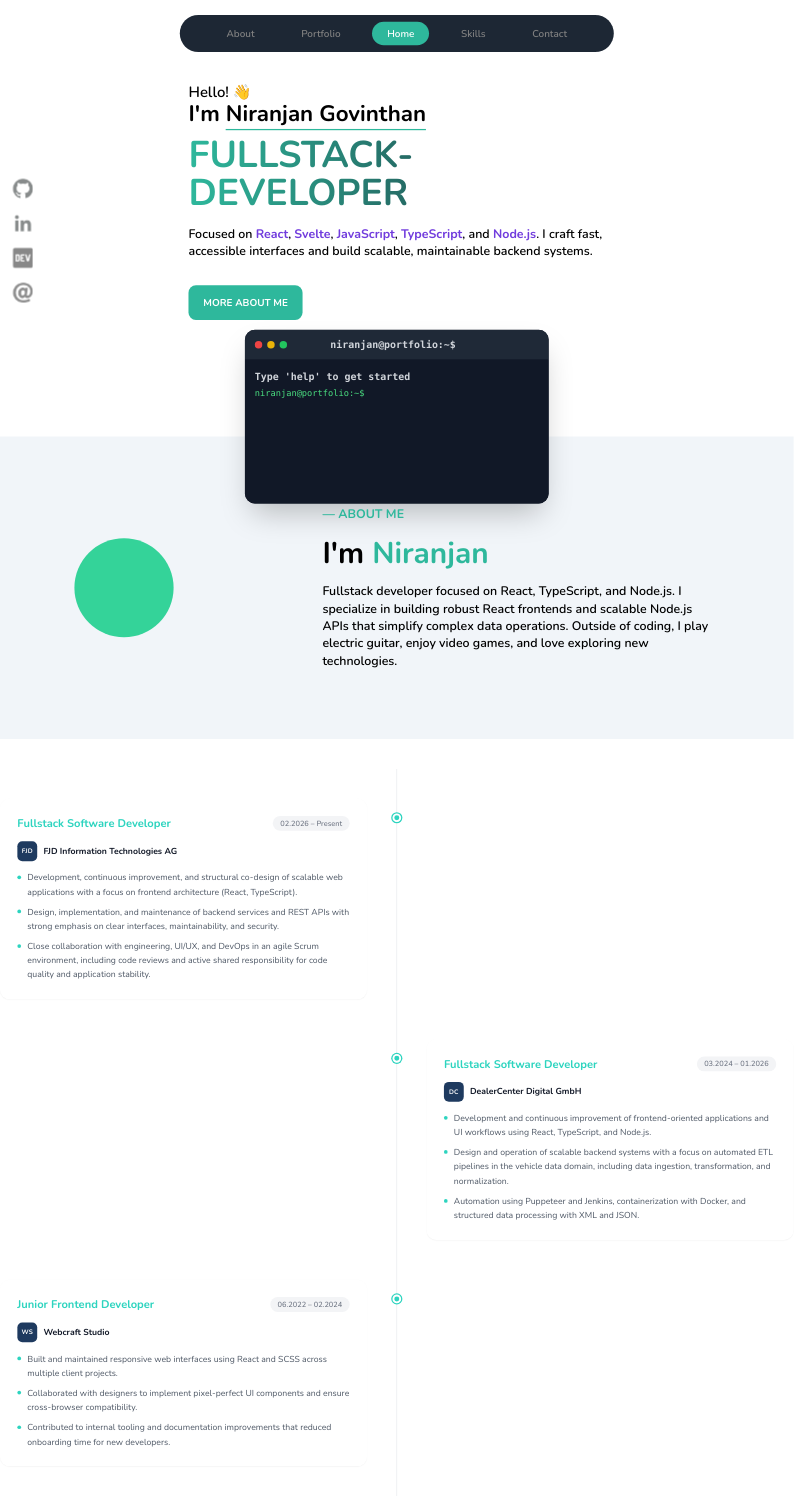
Repository: Niranjan-webdev/My-portfolio
Page: /
The author's editor kept a copy of each file at every save. The page is drawn from the files as they stood at one save, then again after the next save.
The browser window is 1280 px wide. The pictures show the whole page, at 62% of full size.
The project was rebuilt for these pictures with package versions that can differ from the ones it lists, and the page was loaded fresh each time. Also part of the build but not shown: next.config.mjs.

Above is the page before, as saved 2026-03-21 11:10:39.

### src/index.css

body {

  margin: 0;
  font-family: "Nunito", sans-serif;
  -webkit-font-smoothing: antialiased;
  -moz-osx-font-smoothing: grayscale;
}

code {
  font-family: source-code-pro, Menlo, Monaco, Consolas, 'Courier New',
    monospace;
}

### src/App.js
import logo from './logo.svg';
import './App.css';
import { RiHeartFill } from '@remixicon/react'
import { Topnavbar, MainContainer } from './components';
// import Topnavbar from './components/Topnavbar';

function App() {
  return (
   <>
    <Topnavbar/>
    <MainContainer/>
   </>
  );
}

export default App;

### src/App.css
@import url('https://fonts.googleapis.com/css2?family=Fira+Code:wght@300..700&family=Nunito:ital,wght@0,200..1000;1,200..1000&display=swap');

@tailwind base;
@tailwind components;
@tailwind utilities;


.topbar__wrapper{
    @apply w-full flex justify-center
}
.topbar__content{
    @apply  py-2 bg-[#1d2734] mt-6 px-6 py-[18px] rounded-[30px] w-[700px]
}
.topbar__content ul {
   @apply flex justify-evenly
}
.topbar__content ul li{

}
.topbar__content ul li a{
    @apply  font-semibold py-2 px-6 rounded-full
}
/* .topbar__content ul li a:hover{
    @apply  text-lg
} */
.socialmedia__bar a img{
    @apply opacity-50
}
/* .burgerMenu span{
    @apply
} */

### src/components/index.js
export {default as Topnavbar} from "./Topnavbar"
export {default as MainContainer} from "./MainContainer"
export {default as Terminal} from "./terminal"
export {default as Timeline} from "./timeLine"
export {default as TimelineCard} from "./TimelineCard"

export {default as github} from "../assets/github-logo-dark.png"
export {default as linkedIn} from "../assets/linkedin-logo-dark.png"
export {default as DevTo} from "../assets/devto-logo-light.png"
export {default as mail} from "../assets/mail-logo-dark.5ab6061889d3fa3a24ef.png"

### src/components/Topnavbar.js
import { useState } from 'react'
import React from 'react'
import logo from '../assets/logo.svg'

function Topnavbar() {
    const [activeTab, setActiveTab] = useState('Home')
    const [isMenuOpen, setIsMenuOpen] = useState(false)

    const navItems = ['About', 'Portfolio', 'Home', 'Skills', 'Contact']

    const handleTabClick = (tabName) => {
        setActiveTab(tabName)
        console.log('Active tab changed to:', tabName)
    }
    const handleModal = () => {
        setIsMenuOpen(!isMenuOpen)
    }
    return (
        <>
            <div className='topbar__wrapper'>
                <nav className='topbar__content'>
                    <ul className=''>
                        {navItems.map((item) => (
                            <li key={item}>
                                <a
                                    onClick={() => handleTabClick(item)}
                                    className={`cursor-pointer transition-colors duration-200 ${activeTab === item
                                            ? 'bg-[#2eb89c] text-white font-semibold px-4 py-2 rounded'
                                            : 'text-[#808080] hover:text-[#2eb89c] px-4 py-2'
                                        }`}
                                >
                                    {item}
                                </a>
                            </li>
                        ))}
                    </ul>
                </nav>
            </div>
           {/* <div className='responsive__topbar fixed bg-white z-50'>
                <button className='burgerMenu fixed right-10 top-10 flex flex-col gap-[3px]'
                onClick={handleModal}>
                    <span className={`px-[12px] py-[2px] bg-black w-full rounded transition-transform duration-300
                      ${  isMenuOpen? 'rotate-45 translate-y-1.5' : ''
                    }`}
                   ></span>
                    <span className={`px-[12px] py-[2px] bg-black w-full rounded
                         ${  isMenuOpen? 'opacity-0' : ''
                }`}></span>
                    <span className={`px-[12px] py-[2px] bg-black w-full rounded transition-transform duration-300
                      ${  isMenuOpen? '-rotate-45 -translate-y-1.5' : ''
                    }`}></span>
                </button>
                <ul className={`responsive__content h-screen w-screen flex flex-col items-center justify-evenly
                ${isMenuOpen ? 'h-screen opacity-100' : 'max-h-0 opacity-0'}`}>
                {navItems.map((item) => (
                            <li key={item}>
                                <a
                                    onClick={() => handleTabClick(item)}
                                    className={"text-2xl font-bold"}>
                                    {item}
                                </a>
                            </li>
                        ))}
                </ul>
            </div>  */}
        </>
    )
}

export default Topnavbar

### src/components/MainContainer.js
import React from 'react'
import hero from '../assets/hero.png'
import logoOutline from '../assets/logo-outline.svg'
import dotcircles from '../assets/dotcircles.svg'
import { Terminal, github, linkedIn, mail, DevTo } from "./index"
import TimeLine from './timeLine'
// import OwlCarousel from 'react-owl-carousel';
// import 'owl.carousel/dist/assets/owl.carousel.css';
// import 'owl.carousel/dist/assets/owl.theme.default.css';

function MainContainer() {
    return (
        <>
            {/* Hero Banner start */}
            <section className='w-full'>
                {/* Social media bar */}
                <div className='socialmedia__bar ml-[1.3rem] fixed top-[40%] flex md:flex-col flex-col gap-6 w-[32px]'>
                    <a><img src={github} /></a>
                    <a><img src={linkedIn} /></a>
                    <a><img src={DevTo} /></a>
                    <a><img src={mail} /></a>
                </div>
                {/* Social media bar */}
                <div className='hero__banner h-[calc(100vh-100px)] flex items-center justify-around px-[5rem] py-[3rem] md:flex flex-wrap gap-4'>
                    <div className='banner__content w-3/5'>
                        <h4 className='text-2xl font-semibold'>Hello! 👋</h4>
                        <h2 className='text-4xl mb-4 font-bold'>I'm <span className='border-b-2 border-[#2eb89c]'>Niranjan Govinthan</span></h2>
                        <h1 className='text-6xl mb-6 font-bold bg-gradient-to-r from-[#2eb89c] to-[#1d2734] text-transparent bg-clip-text'>FULLSTACK-DEVELOPER</h1>
                        <p className='text-xl mb-10 font-semibold'>Focused on  <span className='text-[#713cdd] font-bold'>React</span>,  <span className='text-[#713cdd] font-bold'>Svelte</span>, <span className='text-[#713cdd] font-bold'>JavaScript</span>, <span className='text-[#713cdd] font-bold'>TypeScript</span>, and <span className='text-[#713cdd] font-bold'>Node.js</span>. I craft fast, accessible interfaces and build scalable, maintainable backend systems.</p>
                        <button className='py-4 px-6 bg-[#2eb89c] hover:bg-[#79cdb9] rounded-[12px] text-white text-base font-bold'>MORE ABOUT ME</button>
                    </div>
                    <Terminal />
                </div>
            </section>
            {/* Hero Banner end */}

            {/* About me */}
            <section className=' about__me flex bg-[#f1f5f9]'>
                <div className='about__container w-full py-[7rem] flex items-center justify-around'>
                    <div className='profile'>
                        <div className='p-20 rounded-full bg-emerald-400'></div>
                    </div>
                    <div className='about__content w-1/2'>
                        <h4 className='text-xl font-bold text-[#2eb89c] mb-6'>— ABOUT ME</h4>
                        <h2 className='text-5xl text-[#2eb89c] mb-6 font-bold'><span className='text-black'>I'm</span> Niranjan</h2>
                        <p className='text-xl font-[600]'>Fullstack developer focused on React, TypeScript, and Node.js. I specialize in building robust React frontends and scalable Node.js APIs that simplify complex data operations. Outside of coding, I play electric guitar, enjoy video games, and love exploring new technologies.</p>
                    </div>
                </div>

            </section>
            <TimeLine/>
            {/* About me */}
        </>
    )
}

export default MainContainer

### src/components/terminal.js
import React, { useState, useEffect, useRef } from 'react';

const Terminal = () => {
  const [input, setInput] = useState('');
  const [history, setHistory] = useState([
    { type: 'output', content: "Type 'help' to get started" }
  ]);
  const [currentPath, setCurrentPath] = useState('~');
  const [commandHistory, setCommandHistory] = useState([]);
  const [historyIndex, setHistoryIndex] = useState(-1);
  const inputRef = useRef(null);
  const terminalRef = useRef(null);

  // Sample file system structure
  const fileSystem = {
    '~': {
      type: 'directory',
      contents: {
        'projects': {
          type: 'directory',
          contents: {
            'portfolio': { type: 'directory', contents: {} },
            'blog': { type: 'directory', contents: {} },
            'README.md': { type: 'file', content: 'Welcome to my projects!' }
          }
        },
        'documents': {
          type: 'directory',
          contents: {
            'resume.pdf': { type: 'file', content: 'Resume file' },
            'notes.txt': { type: 'file', content: 'Personal notes' }
          }
        },
        'about.txt': { type: 'file', content: 'Full-stack developer passionate about creating amazing web experiences.' }
      }
    }
  };

  // Available commands
  const commands = {
    help: () => [
      'Available commands:',
      '  help     - Show this help message',
      '  clear    - Clear the terminal',
      '  ls       - List directory contents',
      '  cd       - Change directory',
      '  cat      - Display file contents',
      '  pwd      - Show current directory',
      '  whoami   - Display user information',
      '  date     - Show current date',
      '  echo     - Display text',
      '  about    - About me',
      '  skills   - My technical skills',
      '  contact  - Contact information'
    ],
    clear: () => {
      setHistory([]);
      return [];
    },
    ls: () => {
      const currentDir = getCurrentDirectory();
      if (currentDir && currentDir.contents) {
        return Object.keys(currentDir.contents).map(item => {
          const itemObj = currentDir.contents[item];
          return itemObj.type === 'directory' ? `📁 ${item}/` : `📄 ${item}`;
        });
      }
      return ['Directory not found'];
    },
    pwd: () => [currentPath],
    whoami: () => ['niranjan-dev'],
    date: () => [new Date().toString()],
    about: () => [
      'Hi! I\'m Niranjan, a Full-stack Developer',
      'Focused on JavaScript, Svelte, React, and Node.js',
      'I craft fast, accessible interfaces and build scalable,',
      'maintainable backend systems.',
      '',
      'Currently exploring new technologies and building',
      'innovative web solutions.'
    ],
    skills: () => [
      'Technical Skills:',
      '• Frontend: Svelte, React, TypeScript, JavaScript, HTML5, CSS3',
      '• Backend: Node.js, Express',
      '• Database: MongoDB',
      '• Tools: Git, Linux',
    ],
    contact: () => [
      'Get in touch:',
      '• Email: niranjan.g2k@gmail.com',
      '• GitHub: github.com/niranjanUidev',
      '• LinkedIn: linkedin.com/in/niranjan-dev',
      '• Website: niranjan-dev.de'
    ]
  };

  const getCurrentDirectory = () => {
    const pathParts = currentPath.split('/').filter(part => part !== '');
    let current = fileSystem['~'];

    for (const part of pathParts) {
      if (part === '~') continue;
      if (current.contents && current.contents[part]) {
        current = current.contents[part];
      } else {
        return null;
      }
    }
    return current;
  };

  const processCommand = (cmd) => {
    const trimmedCmd = cmd.trim();
    if (!trimmedCmd) return;

    const [command, ...args] = trimmedCmd.split(' ');

    // Add to command history
    setCommandHistory(prev => [...prev, trimmedCmd]);
    setHistoryIndex(-1);

    // Add command to history display
    setHistory(prev => [...prev, { type: 'command', content: `> ${trimmedCmd}` }]);

    if (commands[command]) {
      const result = commands[command](args);
      if (result.length > 0) {
        setHistory(prev => [...prev, { type: 'output', content: result }]);
      }
    } else if (command === 'echo') {
      setHistory(prev => [...prev, { type: 'output', content: [args.join(' ')] }]);
    } else if (command === 'cat') {
      const filename = args[0];
      const currentDir = getCurrentDirectory();
      if (currentDir && currentDir.contents && currentDir.contents[filename]) {
        const file = currentDir.contents[filename];
        if (file.type === 'file') {
          setHistory(prev => [...prev, { type: 'output', content: [file.content] }]);
        } else {
          setHistory(prev => [...prev, { type: 'output', content: [`cat: ${filename}: Is a directory`] }]);
        }
      } else {
        setHistory(prev => [...prev, { type: 'output', content: [`cat: ${filename}: No such file or directory`] }]);
      }
    } else if (command === 'cd') {
      const dir = args[0] || '~';
      if (dir === '~') {
        setCurrentPath('~');
      } else if (dir === '..') {
        const pathParts = currentPath.split('/').filter(part => part !== '');
        pathParts.pop();
        setCurrentPath(pathParts.length > 0 ? pathParts.join('/') : '~');
      } else {
        const currentDir = getCurrentDirectory();
        if (currentDir && currentDir.contents && currentDir.contents[dir] && currentDir.contents[dir].type === 'directory') {
          setCurrentPath(currentPath === '~' ? dir : `${currentPath}/${dir}`);
        } else {
          setHistory(prev => [...prev, { type: 'output', content: [`cd: ${dir}: No such file or directory`] }]);
        }
      }
    } else {
      setHistory(prev => [...prev, { type: 'output', content: [`Command not found: ${command}. Type 'help' for available commands.`] }]);
    }
  };

  const handleKeyDown = (e) => {
    if (e.key === 'Enter') {
      e.preventDefault();
      processCommand(input);
      setInput('');
    } else if (e.key === 'ArrowUp') {
      e.preventDefault();
      if (commandHistory.length > 0) {
        const newIndex = historyIndex === -1 ? commandHistory.length - 1 : Math.max(0, historyIndex - 1);
        setHistoryIndex(newIndex);
        setInput(commandHistory[newIndex]);
      }
    } else if (e.key === 'ArrowDown') {
      e.preventDefault();
      if (historyIndex !== -1) {
        const newIndex = historyIndex + 1;
        if (newIndex >= commandHistory.length) {
          setHistoryIndex(-1);
          setInput('');
        } else {
          setHistoryIndex(newIndex);
          setInput(commandHistory[newIndex]);
        }
      }
    }
  };

  const handleTerminalClick = () => {
    inputRef.current?.focus();
  };

  useEffect(() => {
    if (terminalRef.current) {
      terminalRef.current.scrollTop = terminalRef.current.scrollHeight;
    }
  }, [history]);

  useEffect(() => {
    inputRef.current?.focus();
  }, []);

  return (
    <div className="w-full max-w-[490px] max-h-[280px] bg-gray-900 rounded-[16px] shadow-2xl overflow-hidden">
      {/* Terminal Header */}
      <div className="bg-gray-800 px-4 py-3 flex items-center justify-between">
        <div className="flex items-center space-x-2">
          <div className="w-3 h-3 bg-red-500 rounded-full"></div>
          <div className="w-3 h-3 bg-yellow-500 rounded-full"></div>
          <div className="w-3 h-3 bg-green-500 rounded-full"></div>
        </div>
        <div className="text-gray-300 text-base font-bold font-mono">
          niranjan@portfolio:~$
        </div>
        <div className="w-16"></div>
      </div>

      {/* Terminal Content */}
      <div
        ref={terminalRef}
        className="bg-gray-900 text-green-400 font-mono text-sm p-4 h-96 cursor-text overflow-y-auto"
        onClick={handleTerminalClick}
      >
        {history.map((item, index) => (
          <div key={index} className="mb-1">
            {item.type === 'command' ? (
              <div className="text-green-500 text-base font-bold">{item.content}</div>
            ) : (
              <div className="text-gray-300 text-base font-bold">
                {Array.isArray(item.content) ? (
                  item.content.map((line, lineIndex) => (
                    <div key={lineIndex}>{line}</div>
                  ))
                ) : (
                  <div>{item.content}</div>
                )}
              </div>
            )}
          </div>
        ))}

        {/* Input Line */}
        <div className="flex items-center">
          <span className="text-green-400 mr-2">
            niranjan@portfolio:{currentPath}$
          </span>
          <input
            ref={inputRef}
            type="text"
            value={input}
            onChange={(e) => setInput(e.target.value)}
            onKeyDown={handleKeyDown}
            className="flex-1 bg-transparent text-green-400 outline-none font-mono"
            autoComplete="off"
            spellCheck="false"
          />
          {/* <span className="text-green-400 animate-pulse">█</span> */}
        </div>
      </div>
    </div>
  );
};

export default Terminal;

### src/components/timeLine.js
import React from 'react';
import TimelineCard from './TimelineCard';

const timelineData = [
  {
    date: '02.2026 – Present',
    title: 'Fullstack Software Developer',
    company: 'FJD Information Technologies AG',
    companyInitials: 'FJD',
    bullets: [
      'Development, continuous improvement, and structural co-design of scalable web applications with a focus on frontend architecture (React, TypeScript).',
      'Design, implementation, and maintenance of backend services and REST APIs with strong emphasis on clear interfaces, maintainability, and security.',
      'Close collaboration with engineering, UI/UX, and DevOps in an agile Scrum environment, including code reviews and active shared responsibility for code quality and application stability.',
    ],
    side: 'left',
  },
  {
    date: '03.2024 – 01.2026',
    title: 'Fullstack Software Developer',
    company: 'DealerCenter Digital GmbH',
    companyInitials: 'DC',
    bullets: [
      'Development and continuous improvement of frontend-oriented applications and UI workflows using React, TypeScript, and Node.js.',
      'Design and operation of scalable backend systems with a focus on automated ETL pipelines in the vehicle data domain, including data ingestion, transformation, and normalization.',
      'Automation using Puppeteer and Jenkins, containerization with Docker, and structured data processing with XML and JSON.',
    ],
    side: 'right',
  },
  {
    date: '06.2022 – 02.2024',
    title: 'Junior Frontend Developer',
    company: 'Webcraft Studio',
    companyInitials: 'WS',
    bullets: [
      'Built and maintained responsive web interfaces using React and SCSS across multiple client projects.',
      'Collaborated with designers to implement pixel-perfect UI components and ensure cross-browser compatibility.',
      'Contributed to internal tooling and documentation improvements that reduced onboarding time for new developers.',
    ],
    side: 'left',
  },
];

function TimeLine() {
  return (
    <div className="relative w-full py-12 mt-[3rem]">
      {/* Central vertical line */}
      <div className="absolute left-1/2 top-0 bottom-0 w-px bg-gray-200 -translate-x-1/2" />

      <div className="flex flex-col gap-16 relative">
        {timelineData.map((item, i) => (
          <TimelineCard key={i} item={item} />
        ))}
      </div>
    </div>
  );
}

export default TimeLine;

### src/components/TimelineCard.js
import React from 'react';

function TimelineCard({ item }) {
    const isLeft = item.side === 'left';

    const Card = (
      <div className="bg-white rounded-2xl p-7 shadow-sm hover:shadow-md transition-shadow duration-200">
        {/* Header: title + date badge */}
        <div className="flex items-start justify-between gap-3 flex-wrap mb-4">
          <h3 className="text-[#2dd4bf] font-bold text-lg leading-snug m-0">
            {item.title}
          </h3>
          <span className="bg-gray-100 text-gray-500 text-xs font-medium px-3 py-1 rounded-full whitespace-nowrap shrink-0">
            {item.date}
          </span>
        </div>

        {/* Company */}
        <div className="flex items-center gap-2.5 mb-4">
          <div className="w-8 h-8 rounded-lg bg-[#1e3a5f] text-white text-[0.65rem] font-bold flex items-center justify-center tracking-wide shrink-0">
            {item.companyInitials}
          </div>
          <span className="text-sm font-bold text-gray-900">{item.company}</span>
        </div>

        {/* Bullets */}
        <ul className="flex flex-col gap-2.5 p-0 m-0 list-none">
          {item.bullets.map((b, i) => (
            <li key={i} className="flex gap-2.5 text-sm text-gray-600 leading-relaxed">
              <span className="w-1.5 h-1.5 rounded-full bg-[#2dd4bf] shrink-0 mt-[7px]" />
              <span>{b}</span>
            </li>
          ))}
        </ul>
      </div>
    );

    return (
      <div className="grid grid-cols-[1fr_48px_1fr] items-start relative">
        {isLeft ? (
          <>
            <div className="pr-6">{Card}</div>
            <div className="flex justify-center pt-6 z-10">
              <div className="w-3.5 h-3.5 rounded-full bg-[#2dd4bf] border-[3px] border-white ring-2 ring-[#2dd4bf] shrink-0" />
            </div>
            <div />
          </>
        ) : (
          <>
            <div />
            <div className="flex justify-center pt-6 z-10">
              <div className="w-3.5 h-3.5 rounded-full bg-[#2dd4bf] border-[3px] border-white ring-2 ring-[#2dd4bf] shrink-0" />
            </div>
            <div className="pl-6">{Card}</div>
          </>
        )}
      </div>
    );
  }

  export default TimelineCard;

### tailwind.config.js
/** @type {import('tailwindcss').Config} */
module.exports = {
  content: [
    "./src/**/*.{js,jsx,ts,tsx}",
  ],
  theme: {
    container: {
      margin: "3rem",
    },
    extend: {},
  },
  plugins: [],
}

Loaded but not shown: public/index.html (common file); src/index.js (common file); src/reportWebVitals.js (common file)

After the next save:
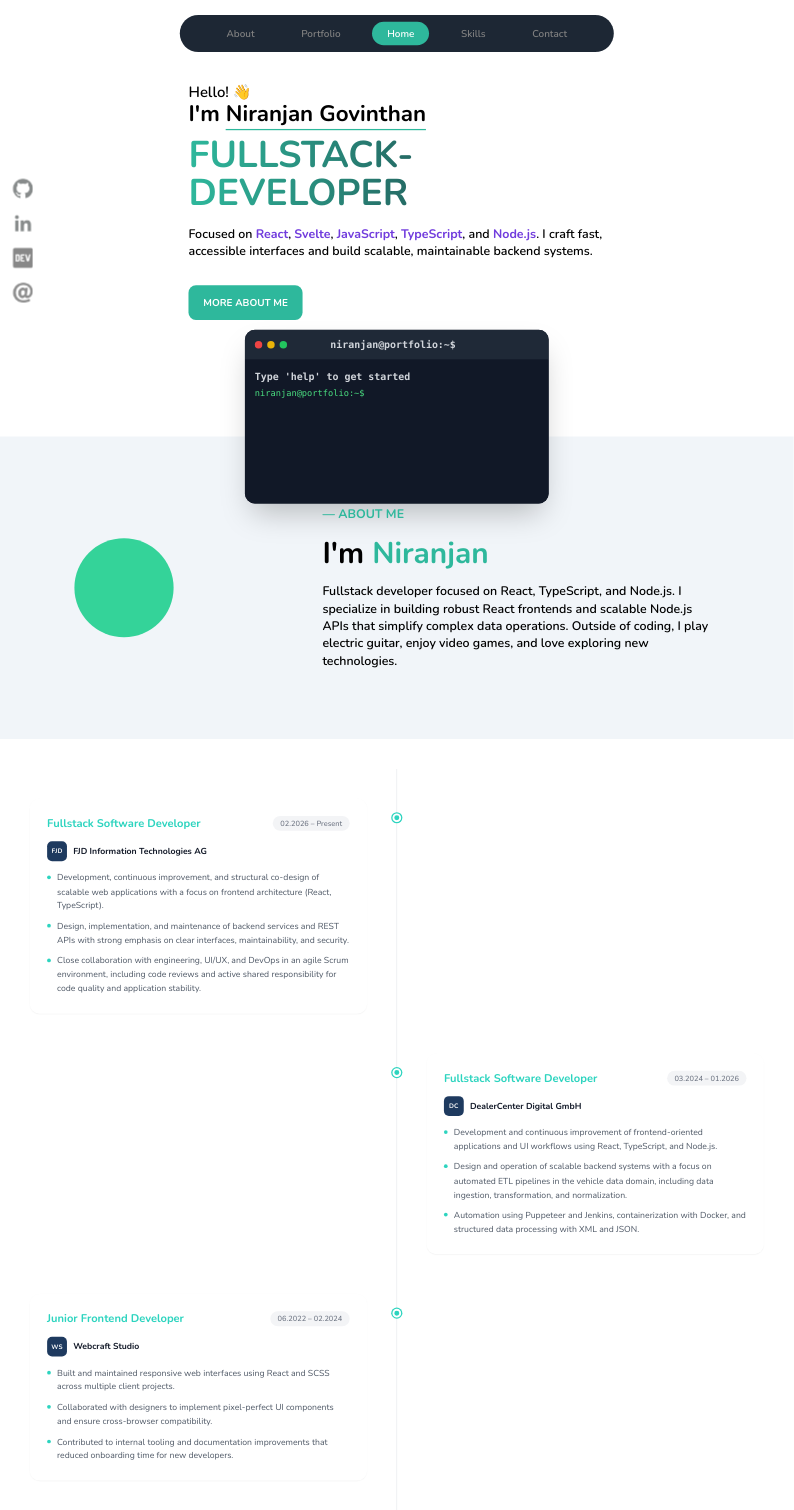
Saved 32 s later.
--- a/src/components/timeLine.js
+++ b/src/components/timeLine.js
@@ -42,7 +42,7 @@ const timelineData = [
 
 function TimeLine() {
   return (
-    <div className="relative w-full py-12 mt-[3rem]">
+    <div className="relative w-full py-12 mt-[3rem] px-[3rem]">
       {/* Central vertical line */}
       <div className="absolute left-1/2 top-0 bottom-0 w-px bg-gray-200 -translate-x-1/2" />
 
